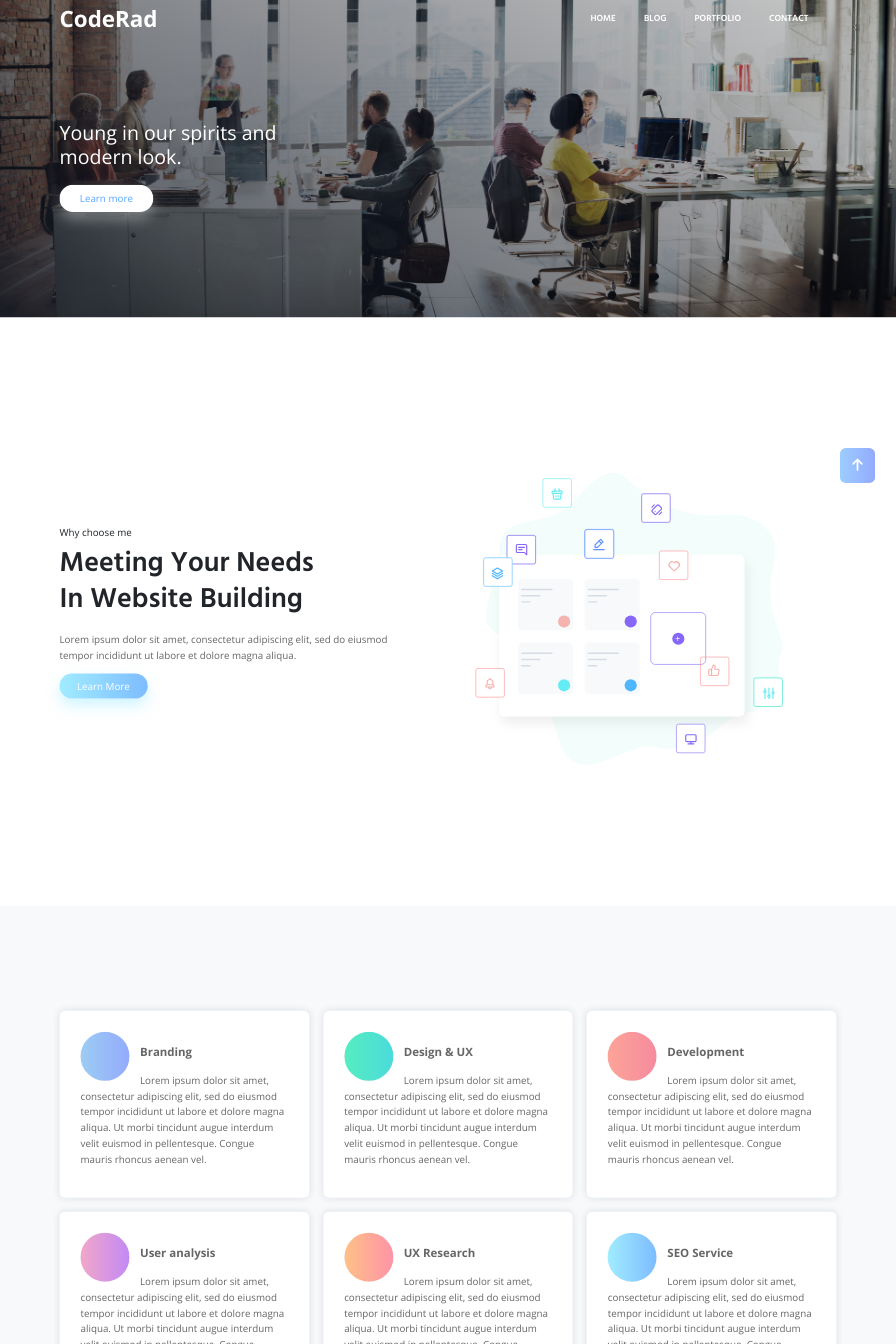
Repository: Sc-Juju/CodeRad
Page: index.html
These files come from the project's save history. The page is drawn as it stood at one moment and after the next save; the edit follows.
The browser window is 1280 px wide. The pictures show the part of the page from y = 0 to 1920 px (the page is 5361 px tall before and 5061 px after), at 70% of full size.
Some web libraries are served in a nearby version.

Above is the page before, as saved 2022-11-29 09:24:58.

### index.html
<!DOCTYPE html>
<html>
	<head>
		<meta charset="utf-8" />
		<meta http-equiv="X-UA-Compatible" content="IE=edge" />
		<title>CodeRad</title>
		<meta name="description" content="" />
		<meta name="viewport" content="width=device-width, initial-scale=1" />

		<script
			src="https://kit.fontawesome.com/020fb16134.js"
			crossorigin="anonymous"
		></script>

		<link
			href="https://fonts.googleapis.com/css2?family=Open+Sans:wght@300;400;600;700&display=swap"
			rel="stylesheet"
		/>
		<link
			href="https://fonts.googleapis.com/css2?family=Hind:wght@300;400;500;600;700&display=swap"
			rel="stylesheet"
		/>

		<link rel="stylesheet" href="./css/default.css" />
		<link rel="stylesheet" href="./css/styles.css" />
		<link rel="stylesheet" href="./css/responsive.css" />
	</head>
	<body>
		<div id="pageTop"></div>
		<nav id="topNav" class="navbar nav">
			<div class="container">
				<button
					class="navbar-toggler"
					aria-expanded="false"
					aria-controls="navbarDropdown"
				>
					<span>&#9776;</span>
				</button>
				<a class="navbar-brand" href="index.html">CodeRad</a>
				<ul class="navbar-nav">
					<li class="nav-link">
						<a href="#">Home</a>
					</li>

					<li class="nav-link">
						<a href="#">Blog</a>
					</li>
					<li class="nav-link">
						<a href="#">Portfolio</a>
					</li>
					<li class="nav-link">
						<a href="#">Contact</a>
					</li>
				</ul>
			</div>
		</nav>

		<header class="bg-header">
			<div class="container">
				<div class="hero-wrapper">
					<h2 class="hero-header">
						Young in our spirits and <br />
						modern look.
					</h2>
					<a class="btn btn-white" href="#">Learn more</a>
				</div>
			</div>
		</header>
		<!--Why me-->
		<section class="why-me">
			<div class="container why-me-wrapper">
				<div class="block-text">
					<span>Why choose me</span>
					<h2>
						Meeting Your Needs <br />
						In Website Building
					</h2>
					<p>
						Lorem ipsum dolor sit amet, consectetur adipiscing elit,
						sed do eiusmod tempor incididunt ut labore et dolore
						magna aliqua.
					</p>
					<a href="" class="btn btn-primary">Learn More</a>
				</div>
				<div>
					<img src="./CodeRad-assets/image2.svg" alt="Icon Chart" />
				</div>
			</div>
		</section>
		<!--Services-->
		<section class="bg-contrast">
			<div class="container service-grid">
				<div class="service-card">
					<span class="bg-color-1"></span>
					<div>
						<h3>Branding</h3>
						<p>
							Lorem ipsum dolor sit amet, consectetur adipiscing
							elit, sed do eiusmod tempor incididunt ut labore et
							dolore magna aliqua. Ut morbi tincidunt augue
							interdum velit euismod in pellentesque. Congue
							mauris rhoncus aenean vel.
						</p>
					</div>
				</div>
				<div class="service-card">
					<span class="bg-color-2"></span>
					<div>
						<h3>Design & UX</h3>
						<p>
							Lorem ipsum dolor sit amet, consectetur adipiscing
							elit, sed do eiusmod tempor incididunt ut labore et
							dolore magna aliqua. Ut morbi tincidunt augue
							interdum velit euismod in pellentesque. Congue
							mauris rhoncus aenean vel.
						</p>
					</div>
				</div>
				<div class="service-card">
					<span class="bg-color-3"></span>
					<div>
						<h3>Development</h3>
						<p>
							Lorem ipsum dolor sit amet, consectetur adipiscing
							elit, sed do eiusmod tempor incididunt ut labore et
							dolore magna aliqua. Ut morbi tincidunt augue
							interdum velit euismod in pellentesque. Congue
							mauris rhoncus aenean vel.
						</p>
					</div>
				</div>
				<div class="service-card">
					<span class="bg-color-4"></span>
					<div>
						<h3>User analysis</h3>
						<p>
							Lorem ipsum dolor sit amet, consectetur adipiscing
							elit, sed do eiusmod tempor incididunt ut labore et
							dolore magna aliqua. Ut morbi tincidunt augue
							interdum velit euismod in pellentesque. Congue
							mauris rhoncus aenean vel.
						</p>
					</div>
				</div>
				<div class="service-card">
					<span class="bg-color-5"></span>
					<div>
						<h3>UX Research</h3>
						<p>
							Lorem ipsum dolor sit amet, consectetur adipiscing
							elit, sed do eiusmod tempor incididunt ut labore et
							dolore magna aliqua. Ut morbi tincidunt augue
							interdum velit euismod in pellentesque. Congue
							mauris rhoncus aenean vel.
						</p>
					</div>
				</div>
				<div class="service-card">
					<span class="bg-color-6"></span>
					<div>
						<h3>SEO Service</h3>
						<p>
							Lorem ipsum dolor sit amet, consectetur adipiscing
							elit, sed do eiusmod tempor incididunt ut labore et
							dolore magna aliqua. Ut morbi tincidunt augue
							interdum velit euismod in pellentesque. Congue
							mauris rhoncus aenean vel.
						</p>
					</div>
				</div>
			</div>
		</section>

		<!--Video Demo-->
		<section class="video-demo">
			<div class="container">
				<div class="block-text">
					<h2>Telling Our Story</h2>
					<p>
						Lorem ipsum dolor sit amet, consectetur adipiscing elit,
						sed do eiusmod tempor <br />
						incididunt ut labore et dolore magna aliqua.
					</p>
				</div>
				<div class="video-box">
					<a href="#" class="video-btn">
						<img
							src="./CodeRad-assets/play.svg"
							alt="Play Video Button"
						/>
					</a>
					<img
						src="./CodeRad-assets/demo-video-thumbnail.jpg"
						alt="Video thumbnail"
					/>
				</div>
			</div>
		</section>

		<!--Pricing plans-->
		<section class="bg-contrast">
			<div class="block-text pricing-header">
				<h2>Choose The Right Package For You!</h2>
				<p>
					Lorem ipsum dolor sit amet, consectetur adipiscing elit, sed
					do eiusmod tempor <br />
					incididunt ut labore et dolore magna aliqua.
				</p>
			</div>
			<div class="pricing-table">
				<div class="price-card">
					<h3>Basic</h3>
					<div class="price">$99.90</div>
					<div class="billed">per month</div>
					<hr />
					<ul>
						<li>
							<span class="title">Community Support</span>
							<span class="icon">
								<i class="fa-solid fa-check"></i>
							</span>
						</li>
						<li>
							<span class="title">Flexible simple license</span>
							<span class="icon">
								<i class="fa-solid fa-check"></i>
							</span>
						</li>
						<li>
							<span class="title">100+ styled components</span>
							<span class="icon">
								<i class="fa-solid fa-xmark"></i>
							</span>
						</li>
						<li>
							<span class="title">100+ Header variations</span>
							<span class="icon">
								<i class="fa-solid fa-xmark"></i>
							</span>
						</li>
						<li>
							<span class="title">Speedy build tooling</span>
							<span class="icon">
								<i class="fa-solid fa-xmark"></i>
							</span>
						</li>
					</ul>
				</div>

				<div class="price-card featured">
					<h3>Standard</h3>
					<div class="price">$199.90</div>
					<div class="billed">per month</div>
					<hr />
					<ul>
						<li>
							<span class="title">Community Support</span>
							<span class="icon checked">
								<i class="fa-solid fa-check"></i>
							</span>
						</li>
						<li>
							<span class="title">Flexible simple license</span>
							<span class="icon checked">
								<i class="fa-solid fa-check"></i>
							</span>
						</li>
						<li>
							<span class="title">100+ styled components</span>
							<span class="icon checked">
								<i class="fa-solid fa-check"></i>
							</span>
						</li>
						<li>
							<span class="title">100+ Header variations</span>
							<span class="icon times">
								<i class="fa-solid fa-xmark"></i>
							</span>
						</li>
						<li>
							<span class="title">Speedy build tooling</span>
							<span class="icon times">
								<i class="fa-solid fa-xmark"></i>
							</span>
						</li>
					</ul>
					<div class="plan-btn-wrapper">
						<a href="" class="btn btn-primary">Get started</a>
					</div>
				</div>

				<div class="price-card">
					<h3>Enterprise</h3>
					<div class="price">$499.90</div>
					<div class="billed">per month</div>
					<hr />
					<ul>
						<li>
							<span class="title">Community Support</span>
							<span class="icon">
								<i class="fa-solid fa-check"></i>
							</span>
						</li>
						<li>
							<span class="title">Flexible simple license</span>
							<span class="icon">
								<i class="fa-solid fa-check"></i>
							</span>
						</li>
						<li>
							<span class="title">100+ styled components</span>
							<span class="icon">
								<i class="fa-solid fa-check"></i>
							</span>
						</li>
						<li>
							<span class="title">100+ Header variations</span>
							<span class="icon">
								<i class="fa-solid fa-check"></i>
							</span>
						</li>
						<li>
							<span class="title">Speedy build tooling</span>
							<span class="icon">
								<i class="fa-solid fa-check"></i>
							</span>
						</li>
					</ul>
				</div>
			</div>
		</section>

		<!--Testimonials-->
		<section class="testimonials">
			<div class="block-text">
				<h2>What are people saying!</h2>
			</div>
			<div class="testimonial-grid">
				<div class="testimonial-card lg">
					<div class="top">
						<img
							src="./CodeRad-assets/1.png"
							alt=""
							class="profile"
						/>
						<div class="top-info">
							<h4>Deborah Moreno</h4>
							<span>United States</span>
						</div>
					</div>
					<div class="bottom">
						<p>
							Lorem ipsum dolor sit amet, consectetur adipiscing
							elit, sed do eiusmod tempor incididunt ut labore et
							dolore magna aliqua. Tempus egestas sed sed risus
							pretium quam vulputate dignissim suspendisse. Sit
							amet purus gravida quis blandit turpis cursus.
						</p>
						<span>
							<img
								src="./CodeRad-assets/quote-colored.svg"
								alt="quote"
								class="quote"
							/>
						</span>
					</div>
				</div>

				<div class="testimonial-card md">
					<div class="top">
						<img
							src="./CodeRad-assets/2.png"
							alt=""
							class="profile"
						/>
						<div class="top-info">
							<h4>Pamela Knight</h4>
							<span>United States</span>
						</div>
					</div>
					<div class="bottom">
						<p>
							Lorem ipsum dolor sit amet, consectetur adipiscing
							elit, sed do eiusmod tempor incididunt ut labore et
							dolore magna.
						</p>
					</div>
				</div>

				<div class="testimonial-card md">
					<div class="top">
						<img
							src="./CodeRad-assets/3.png"
							alt=""
							class="profile"
						/>
						<div class="top-info">
							<h4>Peter Williams</h4>
							<span>United States</span>
						</div>
					</div>
					<div class="bottom">
						<p>
							Lorem ipsum dolor sit amet, consectetur adipiscing
							elit, sed do eiusmod tempor incididunt ut labore et
							dolore magna.
						</p>
					</div>
				</div>
			</div>
		</section>
		<!--Footer-->
		<footer class="bg-footer">
			<div class="container">
				<section class="footer-top">
					<div class="footer-col">
						<h5>Need Help?</h5>
						<div class="contact-info">
							<ul>
								<li>
									<i class="fa-solid fa-location-dot"></i>
									123 Address here
								</li>
								<li>
									<i class="fa-solid fa-phone"></i>
									(915)-123-4567
								</li>
								<li>
									<i
										class="fa-solid fa-mobile-screen-button"
									></i>
									(915)-123-4567
								</li>
								<li>
									<i class="fa-solid fa-envelope"></i>
									Contact@coderad.com
								</li>
							</ul>
						</div>
						<div class="social-icons">
							<ul>
								<li>
									<a href=""
										><i class="fa-brands fa-facebook-f"></i
									></a>
								</li>
								<li>
									<a href=""
										><i class="fa-brands fa-instagram"></i
									></a>
								</li>
								<li>
									<a href=""
										><i class="fa-brands fa-twitter"></i
									></a>
								</li>
								<li>
									<a href=""
										><i
											class="fa-brands fa-reddit-alien"
										></i
									></a>
								</li>
							</ul>
						</div>
					</div>
					<div class="footer-col">
						<h5>Services</h5>
						<div class="services-wrapper">
							<h5>Mobile Apps</h5>
							<p>
								Lorem ipsum dolor sit amet, consectetur
								adipiscing elit,
							</p>
						</div>
						<div class="services-wrapper">
							<h5>Brand Identity</h5>
							<p>
								Lorem ipsum dolor sit amet, consectetur
								adipiscing elit,
							</p>
						</div>
						<div class="services-wrapper">
							<h5>Social Media</h5>
							<p>
								Lorem ipsum dolor sit amet, consectetur
								adipiscing elit,
							</p>
						</div>
					</div>
					<div class="footer-col">
						<h5>Recent Posts</h5>
						<div class="recent-posts">
							<div class="post-img-wrapper">
								<img
									src="./CodeRad-assets/blog1.jpg"
									alt="blog1"
								/>
							</div>
							<div class="post-inner">
								<h6>
									<a href=""
										>Lorem ipsum dolor sit amet, consectetur
										adipiscing elit</a
									>
								</h6>
								<h6>November 16th 2022</h6>
							</div>
						</div>
						<div class="recent-posts">
							<div class="post-img-wrapper">
								<img
									src="./CodeRad-assets/blog2.jpg"
									alt="blog2"
								/>
							</div>
							<div class="post-inner">
								<h6>
									<a href=""
										>Lorem ipsum dolor sit amet, consectetur
										adipiscing elit</a
									>
								</h6>
								<h6>November 18th 2022</h6>
							</div>
						</div>
					</div>
				</section>
				<section class="footer-bottom">
					<div class="footer-bottom-wrapper">
						<div class="copyright">
							<p>Copy right @ 2022 CodeRad Creations</p>
						</div>
						<div class="footer-bottom-links">
							<ul>
								<li><a href="">About</a></li>
								<li><a href="">Services</a></li>
								<li><a href="">Team</a></li>
								<li><a href="">Contact</a></li>
								<li><a href="">Blog</a></li>
							</ul>
						</div>
					</div>
				</section>
			</div>
		</footer>

		<a id="scrollUp" href="#pageTop">
			<i class="fa-solid fa-arrow-up"></i>
		</a>

		<script>
			const nav = document.getElementById("topNav");
			window.onscroll = function () {
				if (window.pageYOffset > 100) {
					nav.classList.add("sticky");
				} else {
					nav.classList.remove("sticky");
				}
			};

			const navButton = document.querySelector("button[aria-expanded]");

			function toggleNav({ target }) {
				const expanded =
					target.getAttribute("arai-expanded") === "true" || false;
				navButton.setAttribute("arai-expanded", !expanded);

				navButton.addEventListener("click", toggleNav);
			}
		</script>
	</body>
</html>

### css/default.css
:root{
    --white:#fff;
    --black: #000;
    --font-color-base:#666;
    --font-color-dark:#212529;
    --font-color-light:#b0aebe;
    --font-color-link:#57a6ff;
    --footer:#34314b;
    --footer-base:#2e2b45;
    --contrast:rgba(246, 248, 249, 0.8);
    --success: #64ecf5;
    --danger:#ff8b8d;
    --grad-1:#a1ecff;
    --grad-2:#7dbcff;


    --size-10:0.625rem;
    --size-14:0.875rem;
    --size-16:1rem;
    --size-18:1.125rem;
    --size-20:1.25rem;
    --size-30:1.875rem;
    --size-40:2.5rem;
    --size-50:3.125rem;
    --size-100:6.25rem;
    --size-150:9.375rem;
}

html{ scroll-behavior: smooth; }

body{
    font-family:"Open Sans", sans-serif;
    font-weight: 400;
    font-size:0.875rem;
    line-height: 1.6;
    letter-spacing: 0;
    color: var(--font-color-base);
    margin:0;
    padding:0;
}
*,
::after,
::before{
    box-sizing: border-box;
}
ul{
    padding:0;
    margin:0;
    list-style: none;
}
a {text-decoration: none;}
p {margin-top:0;}
h2{
    font-size:1.75rem;
    font-weight:500;
    line-height:1.2;
}
img {
    width:100%;
    max-width:100%;
    vertical-align:middle;
    border-style: none;
}
.container{
    width: 100%;
    padding-left:15px;
    padding-right:15px;
    margin-right:auto;
    margin-left:auto;
}

.btn{
    display: inline-block;
    font-weight: 400;
    color: var(--font-color-dark);
    text-align: center;
    cursor: pointer;
    user-select: none;
    background-color: transparent;
    border: 1px solid transparent;
    padding: .375rem .75rem;
    border-radius:1.25rem;
    transition: ease-in-out .3s;
}
.btn-primary{
    background-image: linear-gradient(90deg, var(--grad-1)0%, var(--grad-2)100%);
    border: 1px var(--grad-1);
    box-shadow: 0 10px 20px rgba(161, 236, 255, .5);
    transition: ease-in-out .3s;
    color: var(--white);
    padding: .4375rem 1.5625rem;
}

.btn-white{
    background-color: var(--white);
    color: var(--font-color-link);
    box-shadow: 0px 10px 20px rgba(255, 255, 255, .35);
    padding: .475rem 1.75rem;
}

@media (min-width:768px){
    .pricing-table,
    .testimonial-grid,
    .footer-bottom-wrapper{max-width:720px;}
}

@media (min-width:992px){
    footer .container{ max-width: 960px; }
}

@media (min-width:1200px){
    .container{ max-width: 1140px; }
}

### css/responsive.css
/*iPads and tablets portrait */
@media screen and (max-width:768px){
    [aria-controls="navbarDropdown"]{
        display:block;
    }

    [aria-expanded="false"]~ ul{
        display: none;
    }
    [aria-expanded="true"]~ ul{
        display: block;
        position: absolute;
        right: 0;
        top: var(--size-50);
        background-image: linear-gradient(to right, transparent, rgba(255, 255, 255, 0.7));
        width: 100%;
        text-align: right;
        box-shadow: 0px 0px 20px rgba(52, 49, 75, 0.1);
    }

    [aria-expanded="true"]~ ul li a {
        margin-right: var(--size-20);
        color: var(--font-color-dark);
    }
    footer .footer-col:nth-child(3){
        grid-column: 1 / 3;
    }
}

Loaded but not shown: css/styles.css (397 lines, source omitted)

After the next save:
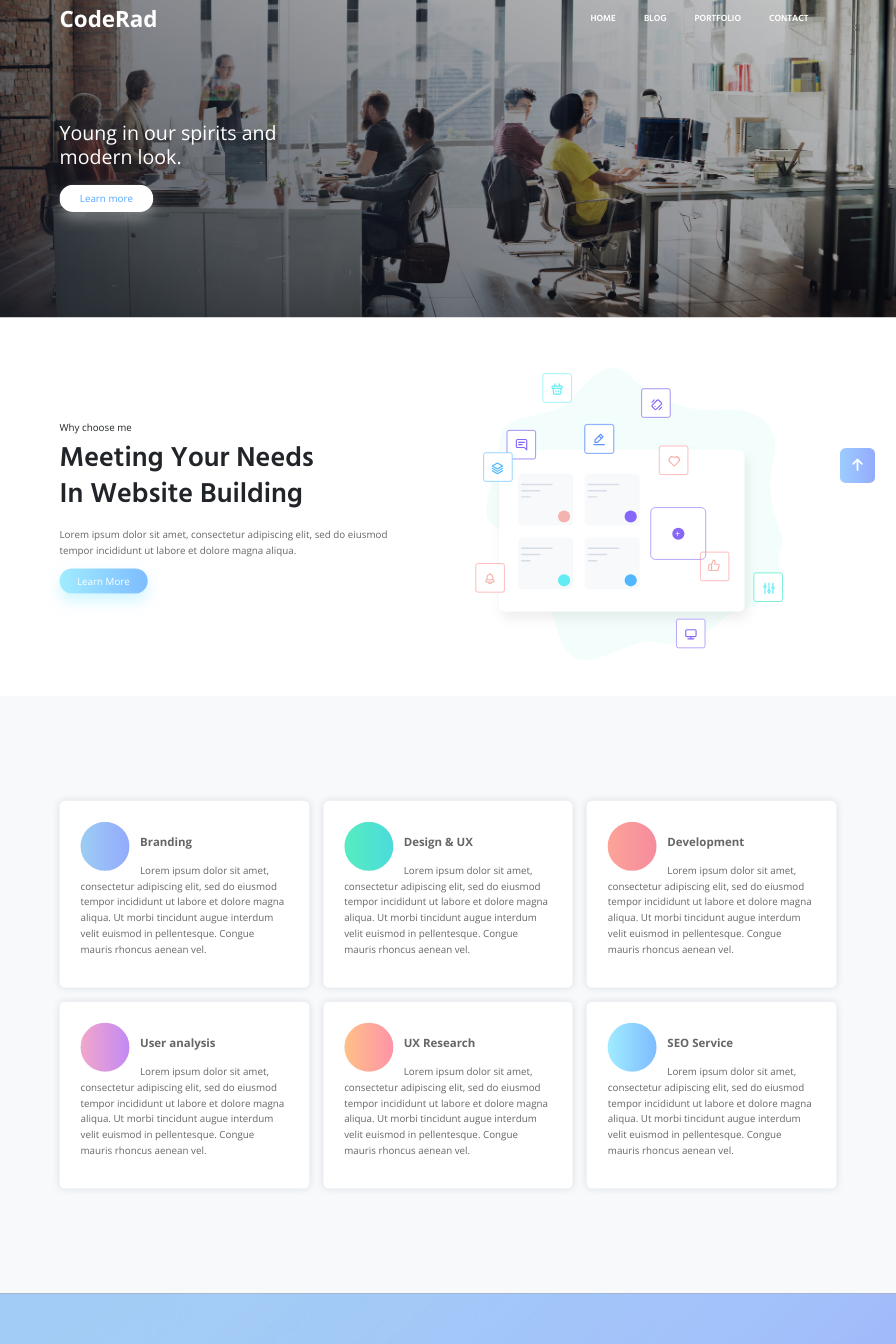
Saved 33 s later.
--- a/index.html
+++ b/index.html
@@ -67,7 +67,7 @@
 			</div>
 		</header>
 		<!--Why me-->
-		<section class="why-me">
+		<section class="why-me`">
 			<div class="container why-me-wrapper">
 				<div class="block-text">
 					<span>Why choose me</span>

After the save that followed:
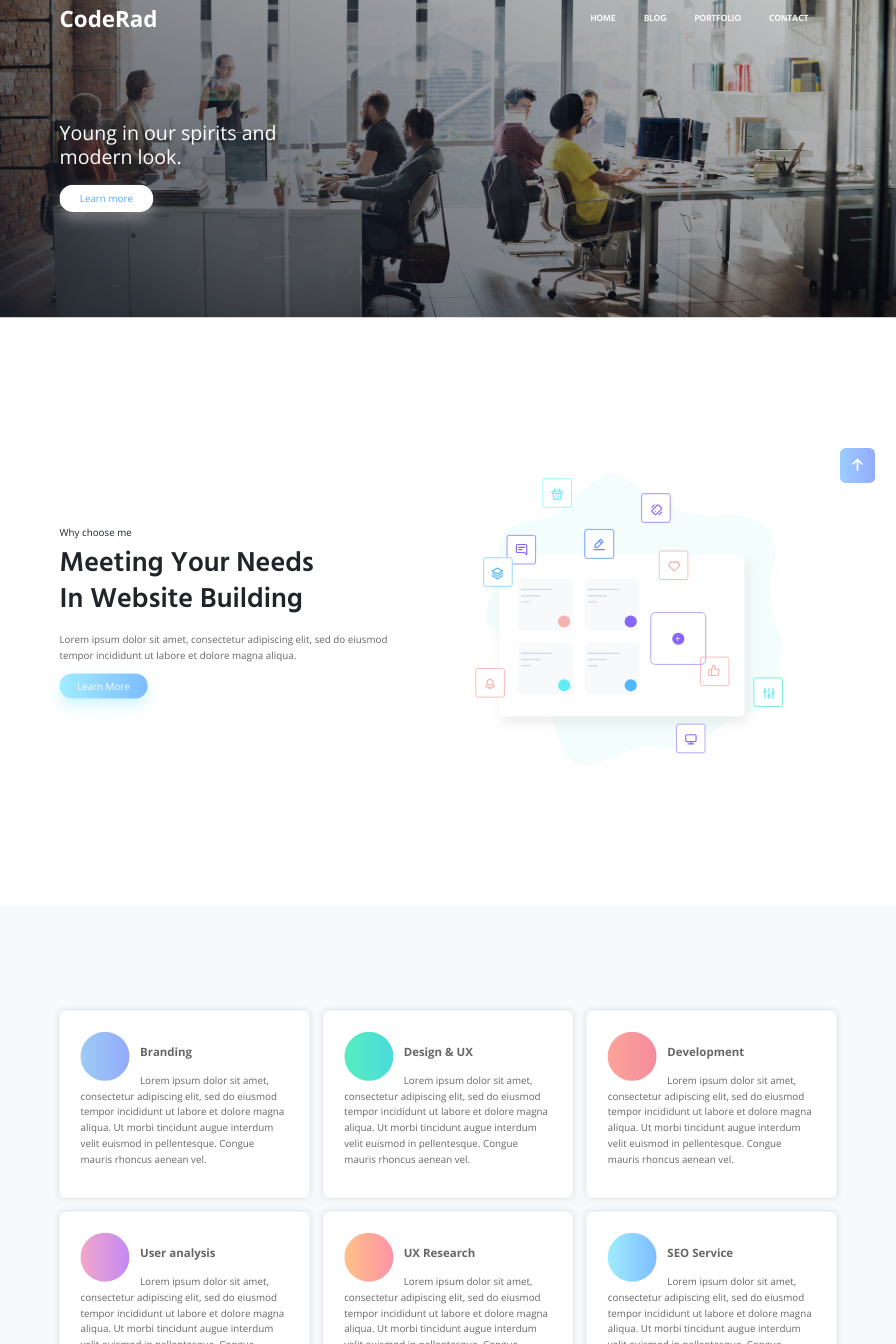
Saved 18 s later.
--- a/index.html
+++ b/index.html
@@ -67,7 +67,7 @@
 			</div>
 		</header>
 		<!--Why me-->
-		<section class="why-me`">
+		<section class="why-me">
 			<div class="container why-me-wrapper">
 				<div class="block-text">
 					<span>Why choose me</span>
